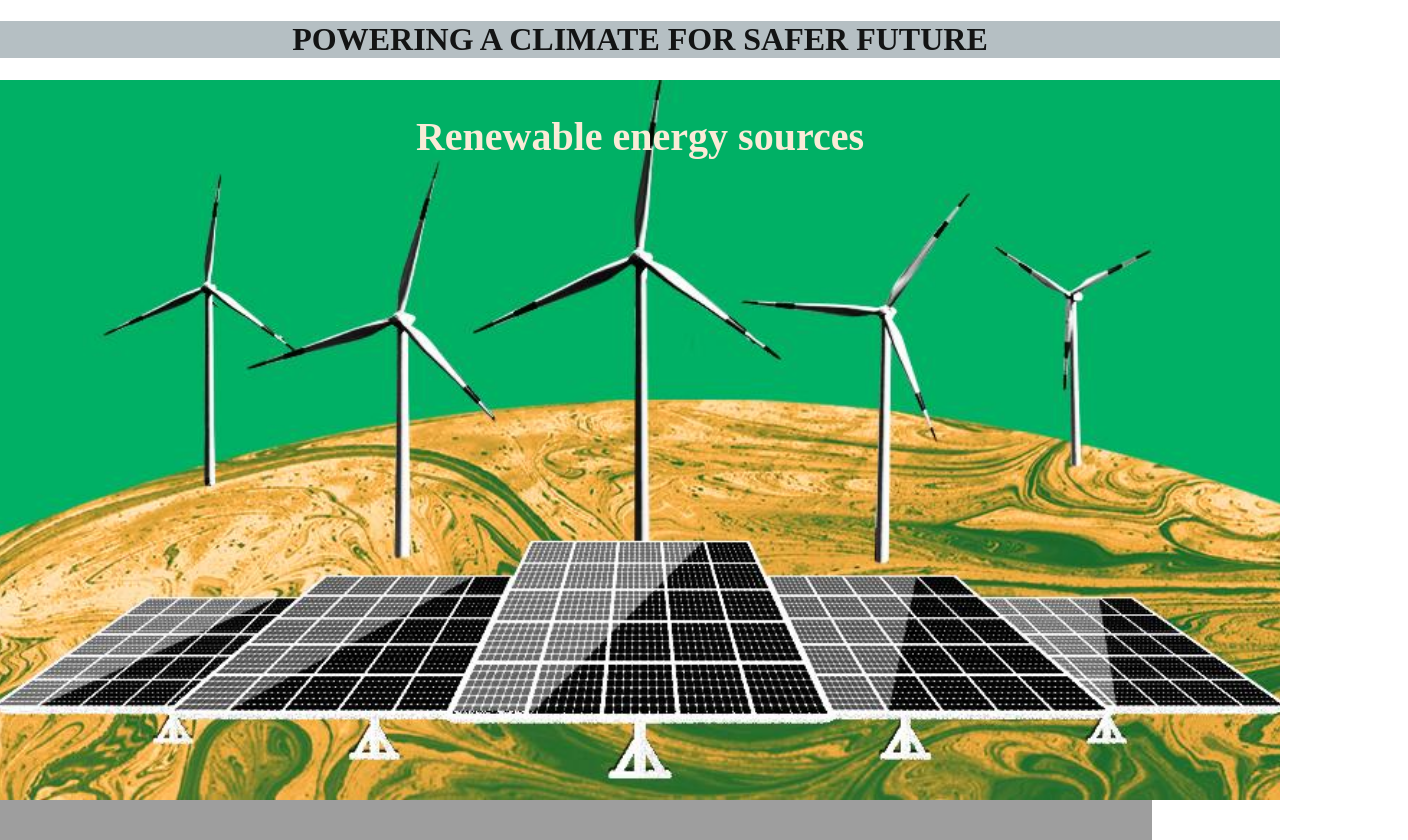
Repository: NavinDayanithi/static-web-design-competition
Page: index.html
An editor plug-in stored every save of this project. The page is shown before and after the next save, followed by the edit.
The browser window is 1280 px wide. The page is 1280 px wide, then 1408 px, so the pictures cover 1408 px, including what lies to the right of the window. The pictures show the part of the page from y = 0 to 840 px (the page is 2240 px tall).
Pictures or frames that could not be fetched are drawn as grey boxes. Backgrounds fixed to the window are drawn as part of the page.

Above is the page before, as saved 2023-04-28 20:10:36.

After the next save:
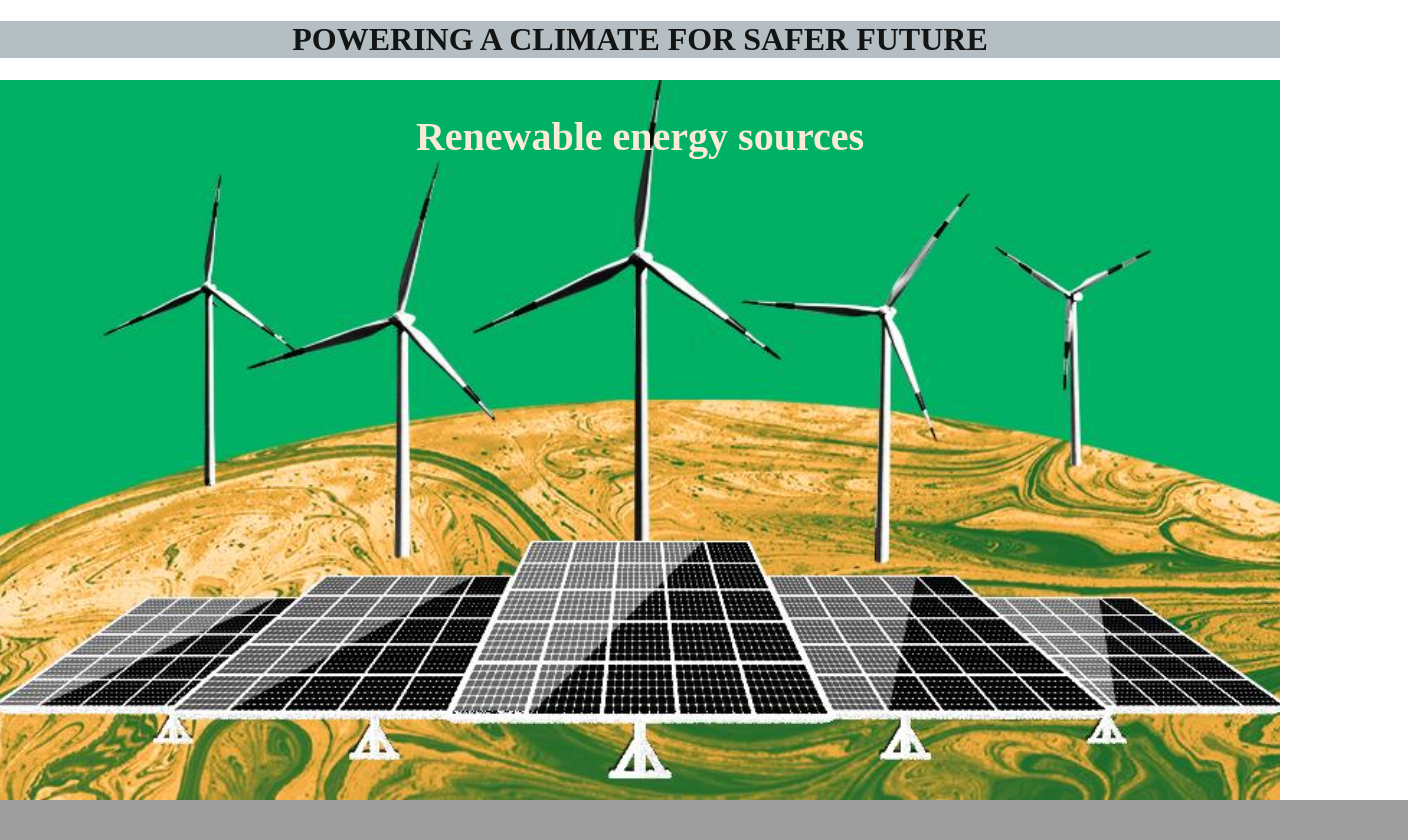
Saved 12 s later.
--- a/styles.css
+++ b/styles.css
@@ -33,7 +33,7 @@ head{
 
 .box2{
     height: 100vh;
-    width:90%;
+    width:110%;
     background-image: url(img2.png);
     background-size: cover;
     background-position: center;
